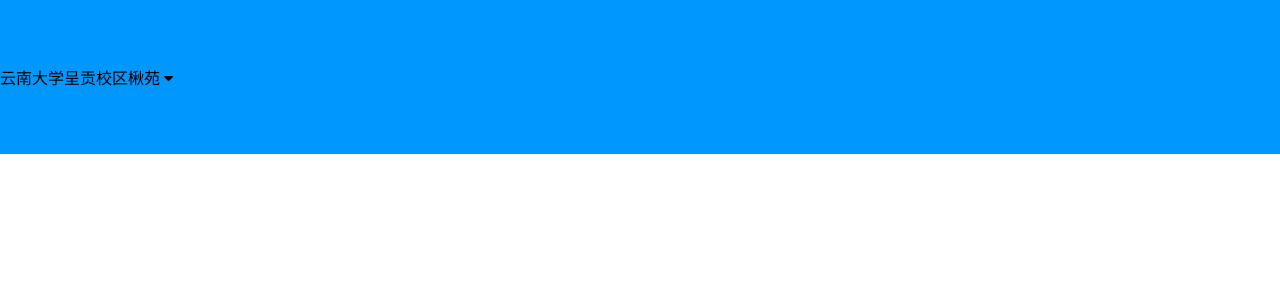
Repository: F000top/ele
Page: index.html
An editor plug-in stored every save of this project. The page is shown before and after a run of saves, followed by the edit.
The browser window is 1280 px wide. The pictures show the whole page.

Above is the page before, as saved 2022-06-07 20:20:19.

After the next 8 saves:
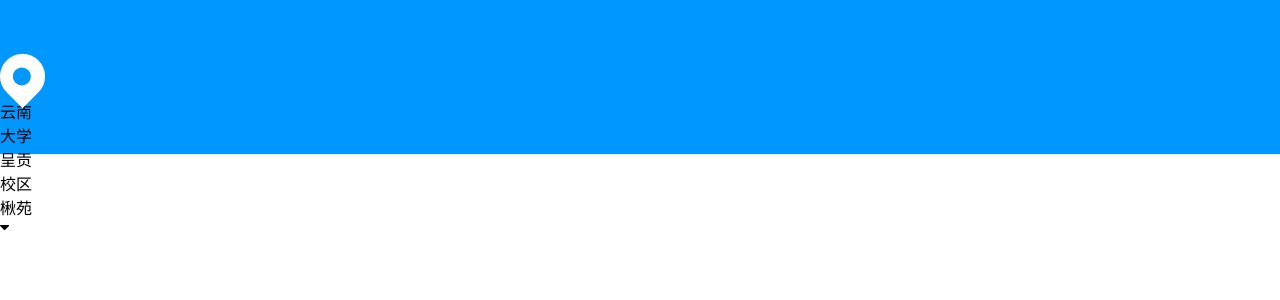
The 8 saves are shown as one change because they came seconds apart.
The last was saved 23 s later.
--- a/css/index.css
+++ b/css/index.css
@@ -14,4 +14,7 @@
     align-items: center;
 }
 
-.wrapper header .icon-
+.wrapper header .icon-location-box{
+    width: 3.5vw;
+    height: 3.5vw;
+}
